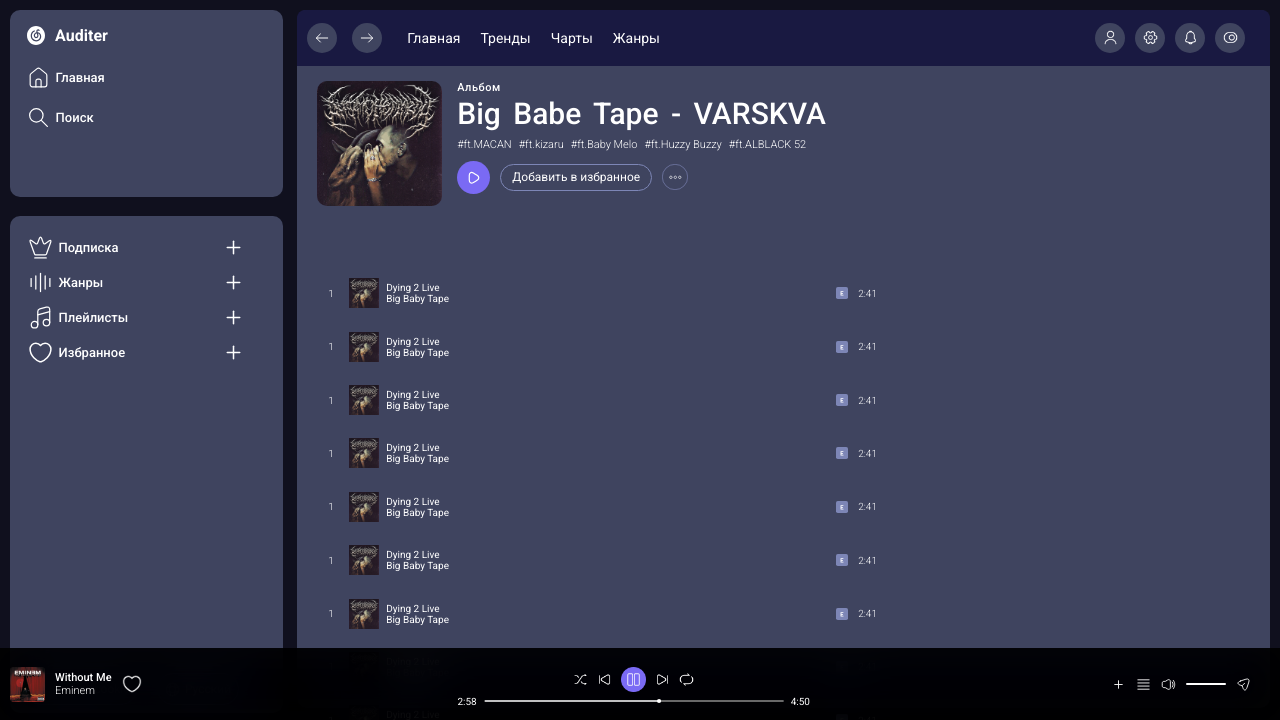
Repository: MaksimKrupkin/music_app
Page: /tracklist
The author's editor kept a copy of each file at every save. The page is drawn from the files as they stood at one save, then again after the next save.
The browser window is 1280 px wide. The pictures show the whole page.
The project was rebuilt for these pictures with package versions that can differ from the ones it lists, and the page was loaded fresh each time. Also part of the build but not shown: vite.config.ts, src/Pages/MainPage_demo/MainPage_demo.module.scss, src/Components/MainScreenDemo/MainScreenDemo.module.scss, src/Components/MainScreenHeaderDemo/MainScreenHeaderDemo.module.scss, src/Components/MainScreenHeaderDemo/MainScreenHeaderDemo.tsx, src/Components/MainScreenDemo/Charts/Charts.module.scss, src/Components/MainScreenDemo/Charts/Charts.tsx, src/Components/Card/Card.module.scss and 11 more.

Above is the page before, as saved 2024-02-26 11:29:30.

After the next save:
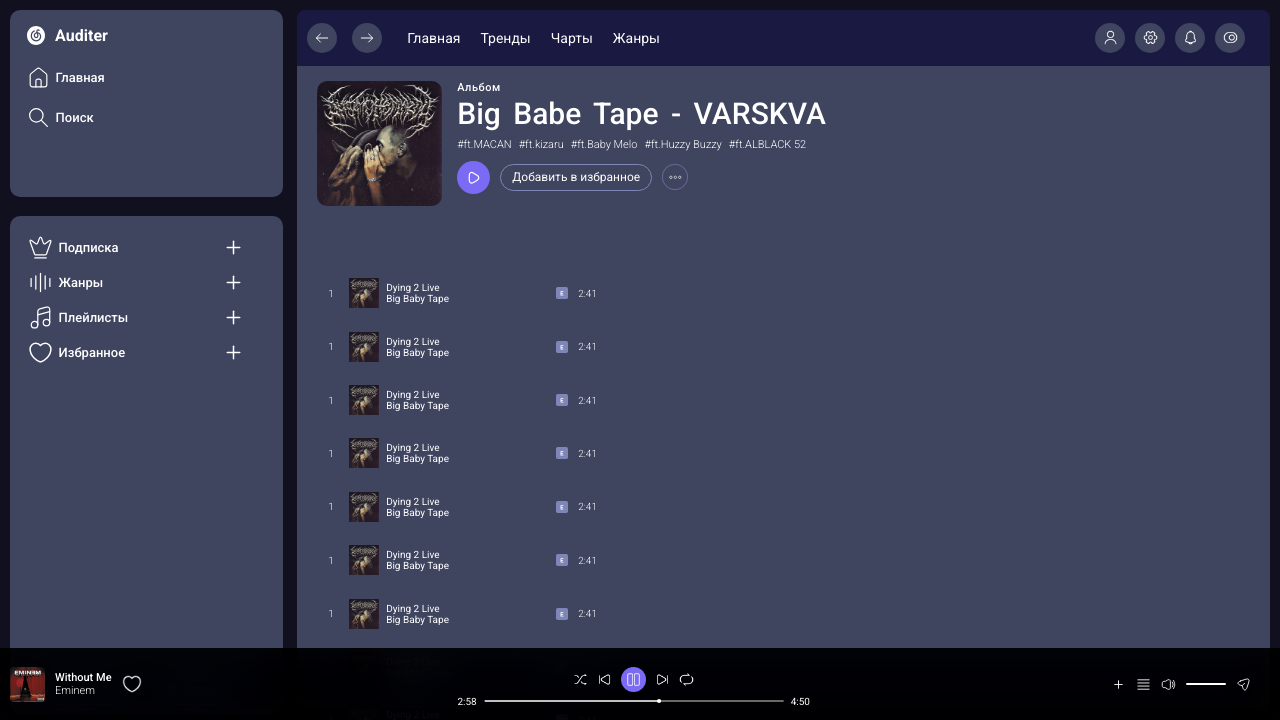
Saved 19 s later.
--- a/src/Components/TrackListScreen/Track/Track.module.scss
+++ b/src/Components/TrackListScreen/Track/Track.module.scss
@@ -41,7 +41,7 @@
   }
   .forAdults_image {
     width: 12px;
-    margin-left: 300px;
+    margin-left: 20px;
   }
   .duration {
     font-size: 10px;
